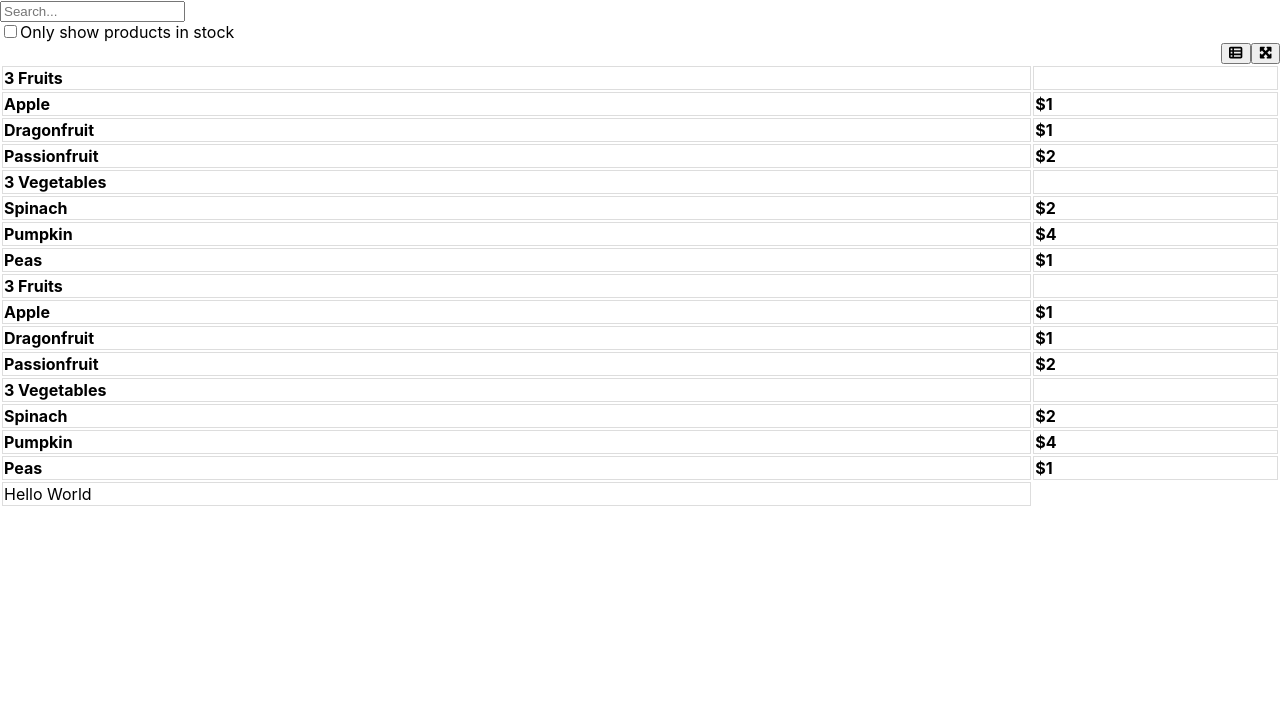
Repository: mariocapitbrok/reactjs-learn
Page: / (app in 05_filtered-data-table/)
These files come from the project's save history. The page is drawn as it stood at one moment and after the next save; the edit follows.
The browser window is 1280 px wide. The pictures show the whole page.
The project was rebuilt for these pictures with package versions that can differ from the ones it lists, and the page was loaded fresh each time. Also part of the build but not shown: 05_filtered-data-table/src/components/Table/Caption.jsx, 05_filtered-data-table/src/components/Table/TFoot.jsx, 05_filtered-data-table/src/components/Table/Tr.jsx, 05_filtered-data-table/src/components/Table/Th.jsx.

Above is the page before, as saved 2023-02-28 13:55:37.

After the next save:
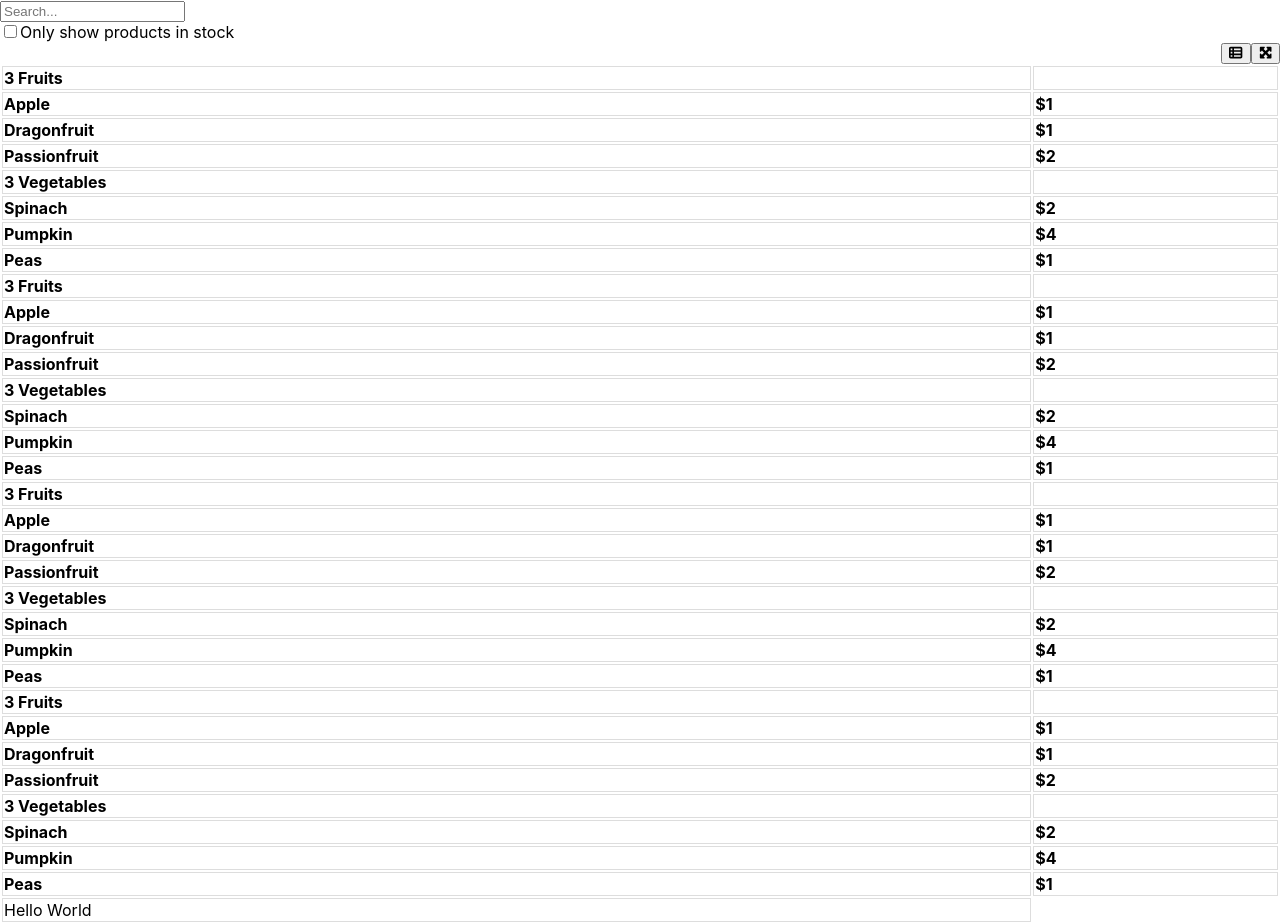
Saved 2 min 3 s later.
--- a/05_filtered-data-table/src/data/tableData.js
+++ b/05_filtered-data-table/src/data/tableData.js
@@ -39,6 +39,8 @@ const tableData = (
   <>
     <THead>{jsxRows}</THead>
     <THead jsxRows={jsxRows} />
+    <TBody>{jsxRows}</TBody>
+    <TBody jsxRows={jsxRows} />
     <tbody>
       <tr>
         <Td>Hello World</Td>
